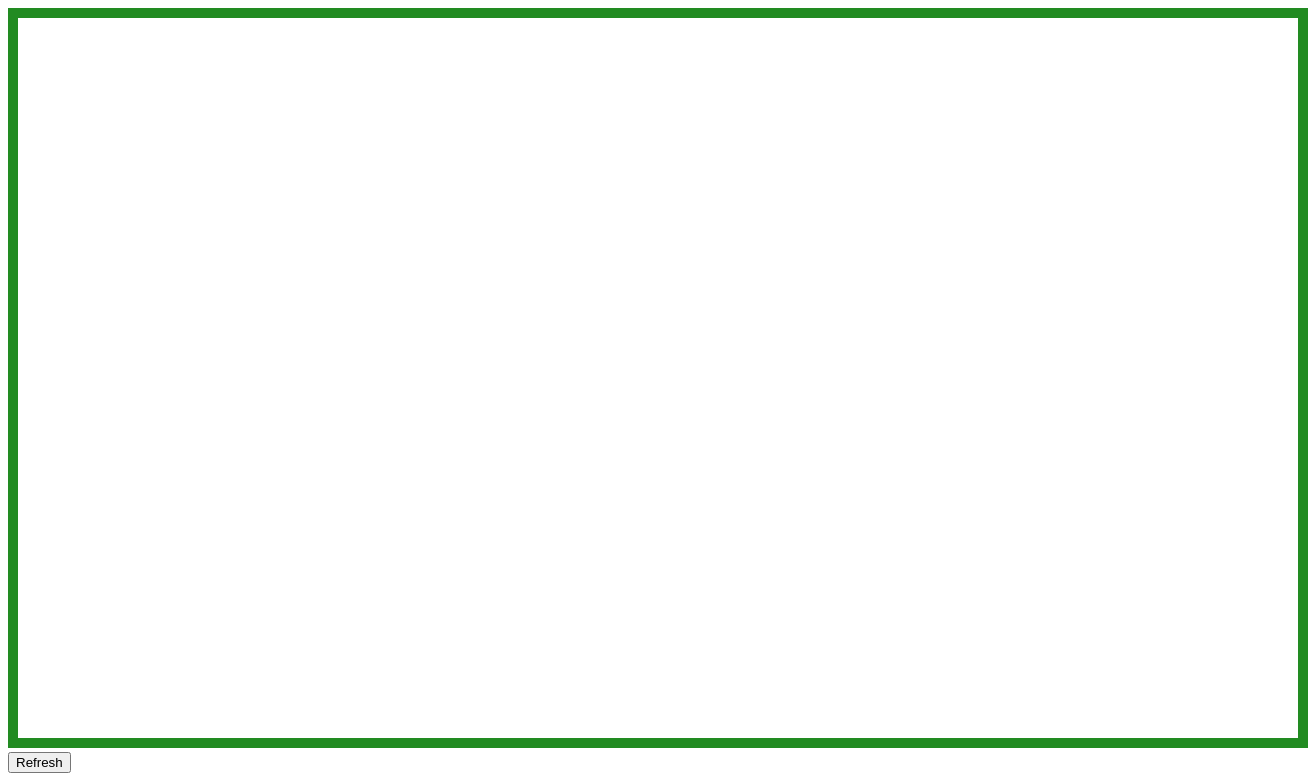
Repository: spidero7/Sketch-Canva
Page: index.html
These files come from the project's save history. The page is drawn as it stood at one moment and after the next save; the edit follows.
The browser window is 1280 px wide. The page is 1308 px wide, so the pictures cover 1308 px, including what lies to the right of the window. The pictures show the whole page.

Above is the page before, as saved 2021-09-05 07:32:45.

After the next save:
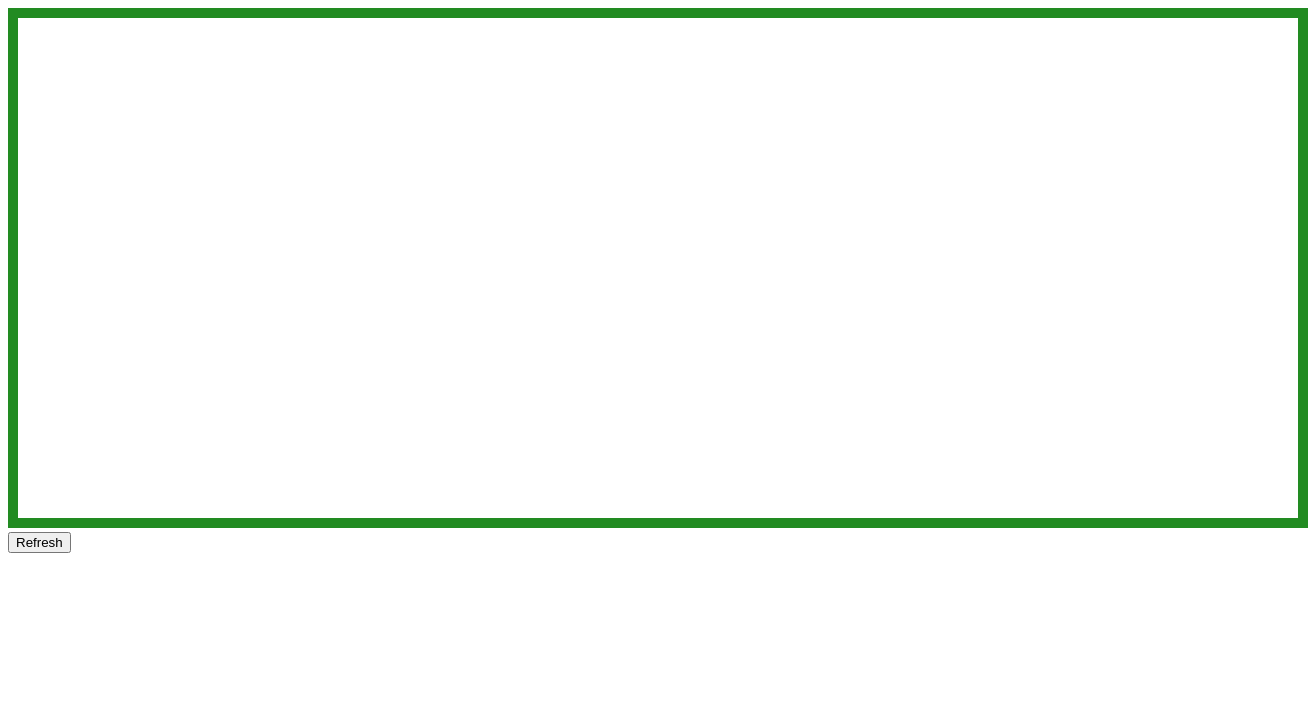
Saved 12 s later.
--- a/style.css
+++ b/style.css
@@ -3,6 +3,6 @@
 canvas {
     border: solid 10px forestgreen;
     width: 80%;
-    height: 100vh;
+    height: 500px;
     width: 100vw;
 }
